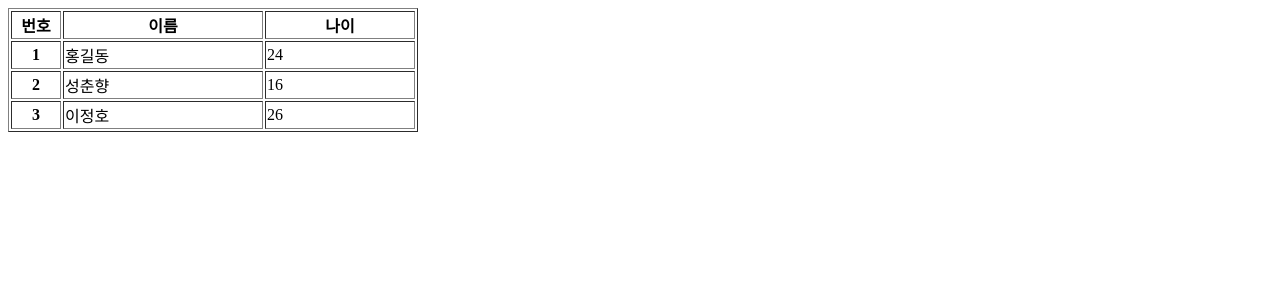
Repository: jeongho97/JQuery
Page: JQuery기본/WebContent/JQuery속성추가_값저장.html
The author's editor kept a copy of each file at every save. The page is drawn from the files as they stood at one save, then again after the next save.
The browser window is 1280 px wide. The pictures show the whole page.

Above is the page before, as saved 2022-05-13 01:22:17.

### JQuery기본/WebContent/JQuery속성추가_값저장.html
<!DOCTYPE html>
<html>
<head>
<meta charset="UTF-8">
<title>Insert title here</title>
<script src="https://ajax.googleapis.com/ajax/libs/jquery/3.6.0/jquery.min.js"></script> <!-- jQuery를 직접 다운로드하고 호스팅 -->
</head>
<body>

<table border="1">
<col width="50"><col width="200"><col width="150">

<tr>
	<th>번호</th><th>이름</th><th>나이</th>
</tr>

<tr>
	<th>1</th><td>홍길동</td><td>24</td>
</tr>
<tr>
	<th>2</th><td>성춘향</td><td>16</td>
</tr>
<tr>
	<th>3</th><td>이정호</td><td>26</td>
</tr>


</table>



</body>
</html>

After the next save:
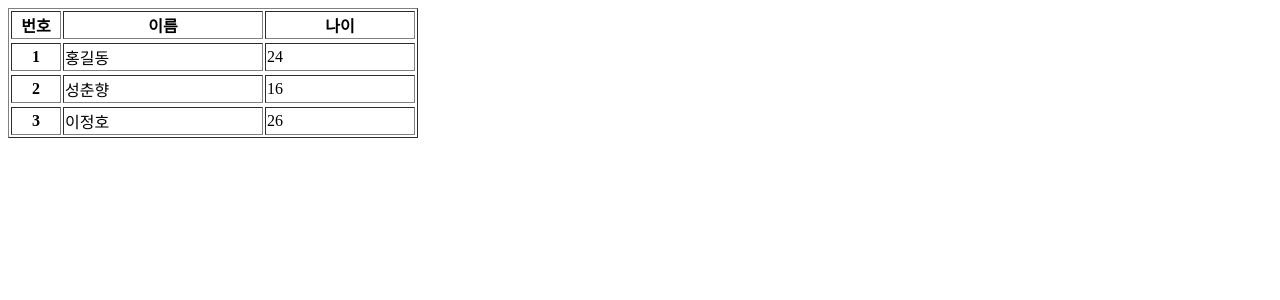
Saved 86 s later.
--- a/JQuery기본/WebContent/JQuery속성추가_값저장.html
+++ b/JQuery기본/WebContent/JQuery속성추가_값저장.html
@@ -15,18 +15,29 @@
 </tr>
 
 <tr>
+<tr class="cls">
 	<th>1</th><td>홍길동</td><td>24</td>
 </tr>
 <tr>
+<tr class="cls">
 	<th>2</th><td>성춘향</td><td>16</td>
 </tr>
 <tr>
+<tr class="cls">
 	<th>3</th><td>이정호</td><td>26</td>
 </tr>
 
 
 </table>
 
+<script type="text/javascript">
+$(document).ready(function(){
+
+})
+
+
+</script>
+
 
 
 </body>
